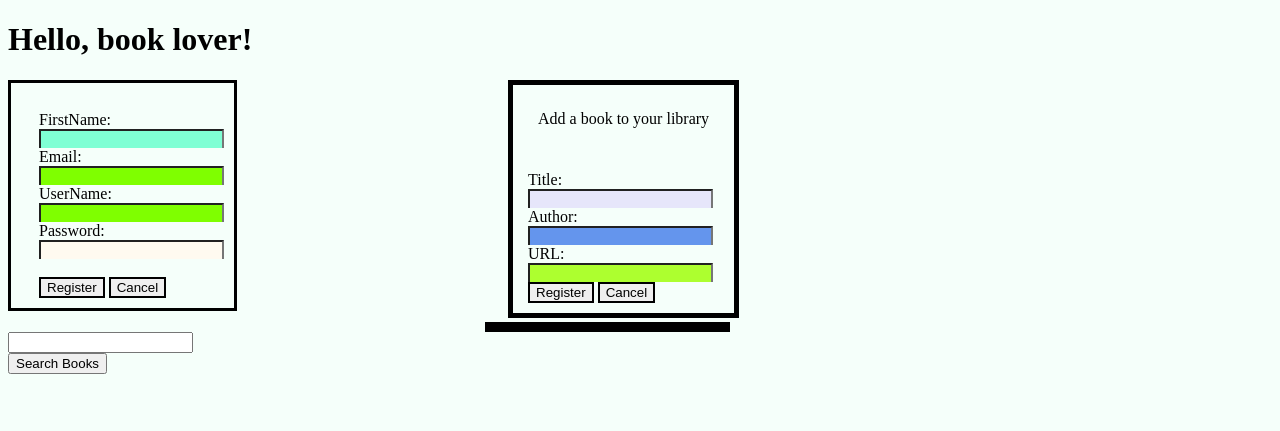
Repository: IuliaGusatu/cloudcomputingProjectSIMPREGusatuIulia
Page: environment/frontend/index.html
The author's editor kept a record of every edit. The page is drawn from the files as they stood at one moment, then again after the next edit.
The browser window is 1280 px wide. The pictures show the whole page.
The page's requests for data from a server got no answer.

Above is the page before.

### environment/frontend/index.html

<!DOCTYPE html>
<html style="background-color: mintcream;">
    <head>

        <title>BooksMania</title>
    </head>
    <body>
        <h1>Hello, book lover!</h1>
        <div style ="display: inline-block">
            <div style ="float: left; padding-left: 45px; border: 3px;border-color: black;border-style: solid;">
        <form style="margin: 10px;margin-left: -17px;">
  <input type="hidden" name="id" id="id" /><br />
  FirstName:<br />
  <input type="text" name="firstName" id="firstName" style="background-color: aquamarine;border-block-end-style: initial"/><br />
  Email:<br />
  <input type="text" name="email" id="email" style="border-block-end-style: initial;background-color: chartreuse;"><br/>
  UserName:<br />
  <input type="text" name="userName" id="userName" style="background-color: chartreuse;border-block-end-style: initial"><br/>
  Password:<br />
  <input type="text" name="password" id="password" style="background-color: floralwhite; border-block-end-style: initial"><br/>
  <br/>
  <input type="submit" value="Register" style="border-style: solid; border-color: black;" onSubmit="saveUsers()">
  <input type="reset" value="Cancel" style="border-style: solid; border-color: black;">
</form>
</div>
<div style ="float: right; margin-left:271px; border-color:black ; border-padding: 10px; border: 5px; border-style: solid;">
   <p style=" margin:25px">Add a book to your library</p>
  <form style=" margin-left: 15px;"onSubmit="saveBooks(event)">
  <input type="hidden" name="id" id="id" /><br />
  Title:<br />
  <input type="text" name="title" id="title"   style="background-color: lavender;border-block-end-style: initial"/><br />
  Author:<br />
  <input type="text" name="author" id="author" style="background-color: cornflowerblue; border-block-end-style: initial"><br/>
  URL:<br />
  <input type="text" name="url" id="url" style="background-color: greenyellow;border-block-end-style: initial"><br/>
  <input type="submit" value="Register" style=" margin-bottom: 10px;border-style: solid;border-color: black;">
  <input type="reset" value="Cancel"style="border-style: solid;border-color: black;">
</form>
</div>
</div>
<div   onSubmit ="showBooks()"id ="table"style="border-color:black ; border-padding: 10px; border: 5px; border-style: solid; margin-right: 542px; margin-left: 477px;">

</div>
<div style ="display: inline-block">
<div id="search" >
		<form id="myform">
			<div >
				<input type="search" id="books">

			</div>
			<button >Search Books</button>
		</form>
	</div>
	<div id="result">

	</div>
</div>
<script src="https://unpkg.com/axios/dist/axios.min.js"></script>
 <script
    src="https://code.jquery.com/jquery-3.3.1.min.js"
    integrity="sha256-FgpCb/KJQlLNfOu91ta32o/NMZxltwRo8QtmkMRdAu8="
    crossorigin="anonymous"></script>

<script>

    $(document).ready(function() {
        console.log('Hello from JQuery')
        showBooks()
    })
function showBooks() {
    axios.get('/books').then(function(results) {

        let html = ` <table style="width:500px;">
                <tr>
                    <th style="padding:10px">ID</th>
                    <th style="padding:10px">Title</th>
                    <th style="padding:10px">Author</th>
                    <th style="padding:10px">URL</th>

                </tr>`

        results.data.forEach(function(element) {
            html += `<tr>
                        <td>${element.id}</td>
                        <td>${element.title}</td>
                        <td>${element.author}</td>
                        <td>${element.url}</td>
                        <td>
                            <button onClick="editBooks(${element.id})" onClick="editBooks">Edit</button>
                            <button onClick="deleteBooks(${element.id})" onClick="deleteBooks">Delete</button>
                        </td>
                    </tr>`
        })

        html += `</table>`

        $('#table').html(html)
    }).catch(function(error) {
        console.log(error)
    })
}
function saveBooks(event) {
    event.preventDefault()

    let id = $('#id').val()
    let title = $('#title').val()
    let author = $('#author').val()
    let url = $('#url').val()

    if(id) {
        //make a request to PUT /messages/:id
  axios.put('/books/'+id, {
    title: title,
    author: author,
    url: url
}).then(function(result) {
    showBooks()
    $(event.target).trigger("reset")
}).catch(function(err) {
    alert('Resource could not be saved')
})
    } else {
        //make a request to POST /messages
axios.post('/books', {
    title: title,
    author: author,
    url: url
}).then(function(result) {
    showBooks()
    $(event.target).trigger("reset")
}).catch(function(err) {
    alert('Resource could not be saved')
})
    }

}

 function editBooks(id) {
    //get the values from the server
    axios.get('/books/'+id).then(function(result) {
        //display values in the form
        $('#id').val(result.data.id)
        $('#title').val(result.data.title)
        $('#author').val(result.data.author)
        $('#url').val(result.data.url)
    }).catch(function(err) {
        console.log(err)
        alert('Could not find resource')
    })
}

function deleteBooks(id) {
    axios.delete('/books/'+id).then(function(result) {
        showBooks()
    }).catch(function(err) {
        alert('Resource could not delete resource')
    })
}
function saveUsers(event) {
    event.preventDefault()

    let id = $('#id').val()
    let firstName = $('#firstName').val()
    let email = $('#email').val()
    let userName = $('#userName').val()
    let password = $('#password').val()
    if(id) {
        //make a request to PUT /messages/:id
  axios.put('/users/'+id, {
    firstName: firstName,
    email: email,
    userName: userName,
    password: password
}).then(function(result) {

    $(event.target).trigger("reset")
}).catch(function(err) {
    alert('Resource could not be saved')
})
    } else {
        //make a request to POST /messages
axios.post('/users', {
    firstName: firstName,
    email: email,
    userName: userName,
    password: password
}).then(function(result) {

    $(event.target).trigger("reset")
}).catch(function(err) {
    alert('Resource could not be saved')
})
    }

}


$(document).ready(function(){

   $("#myform").submit(function(){

   	  var search = $("#books").val();
   	  if(search == "")
   	  {
   	  	alert("Please enter something in the field");
   	  }
   	  else{
   	  var url = "";
   	  var img = "";
      var title = "";
      var author = "";

   	  $.get("https://www.googleapis.com/books/v1/volumes?q=" + search,function(response){

          for(i=0;i<response.items.length;i++)
          {
           title=$('<h5 >' + response.items[i].volumeInfo.title + '</h5>');
           author=$('<h5 > By:' + response.items[i].volumeInfo.authors + '</h5>');
           img = $('<img ><br><a href=' + response.items[i].volumeInfo.infoLink + '><button id="imagebutton" >Read More</button></a>');
           url= response.items[i].volumeInfo.imageLinks.thumbnail;
           img.attr('src', url);
           title.appendTo('#result');
           author.appendTo('#result');
           img.appendTo('#result');
          }
   	  });

      }
      return false;
   });

});

</script>


    </body>
</html>

After the next edit:
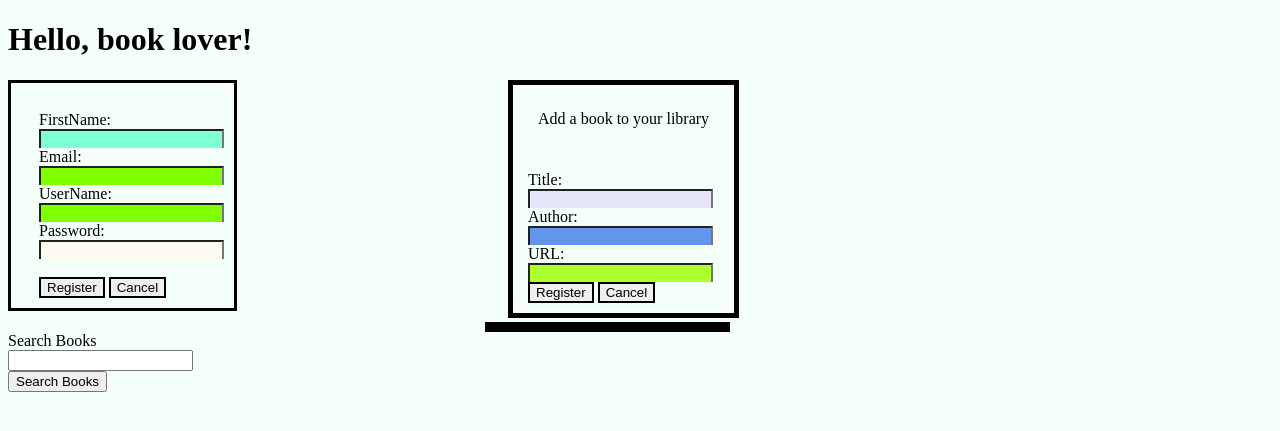
The edit:
--- a/environment/frontend/index.html
+++ b/environment/frontend/index.html
@@ -44,6 +44,7 @@
 </div>
 <div style ="display: inline-block">
 <div id="search" >
+    	<label for="search">Search Books</label>
 		<form id="myform">
 			<div >
 				<input type="search" id="books">
